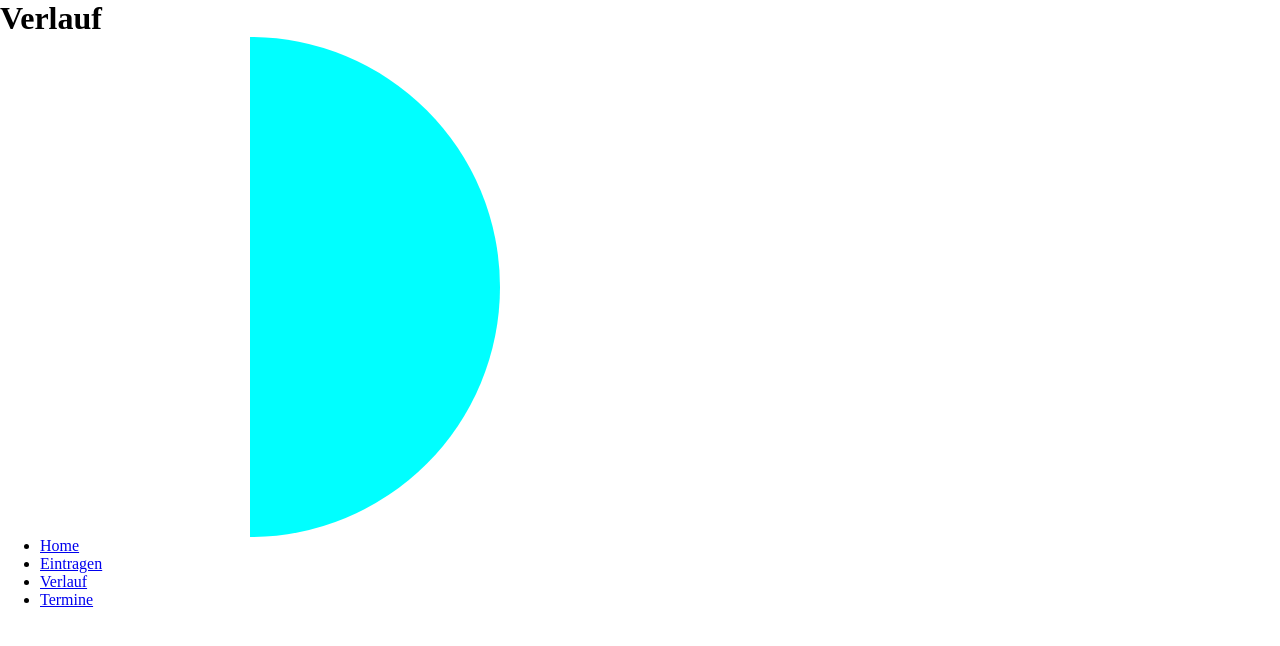
Repository: jakemoes/Pet-Tracker
Page: PWA/trend.html
An editor plug-in stored every save of this project. The page is shown before and after a run of saves, followed by the edit.
The browser window is 1280 px wide. The pictures show the whole page.

Above is the page before, as saved 2024-12-05 01:01:31.

### PWA/trend.html
<!DOCTYPE html>
<html>
    <head>
        <meta charset="UTF-8">
        <meta name="viewport" content="width=device-width, initial-scale=1.0">
        <title>Verlauf</title>
        <link rel="stylesheet" href="trend.css">
    </head>

    </head>

    <body>
        <h1>Verlauf</h1>

        <div class="container">
            <div class="layer"></div>
            <div class="layer"></div>
            <div class="layer"></div>
            <div class="layer"></div>
        </div>


        <footer>
            <nav>
                <ul class="nav-bar">
                    <li><a href="welcome.html">Home</a></li>
                    <li><a href="#">Eintragen</a></li>
                    <li><a href="trend.html">Verlauf</a></li>
                    <li><a href="appointment.html">Termine</a></li>
                </ul>
            </nav>
        </footer>
    </body>




</html>

### PWA/trend.css
*{
    margin: 0;

}


.container {
    position: relative;
    width: 500px;
    height: 500px;
    background-color: transparent;
    border-radius: 50%;
    overflow: hidden;
}

.layer {
    position: absolute;
    width: 100%;
    height: 100%;
    transform-origin: 0px 250px;
    left: 0;
    top: 0;
    overflow: hidden;
}

.layer::before {
    content: "";
    width: 100%;
    height: 100%;
    position: absolute;
    background-color: transparent;
    transform-origin: 0px 250px;
    top: 0;
    left: 0;
}
 .layer:nth-child(1) {
    background-color: aqua;
    transform: translateX(250px) rotate(0deg);
 }

After the next 3 saves:
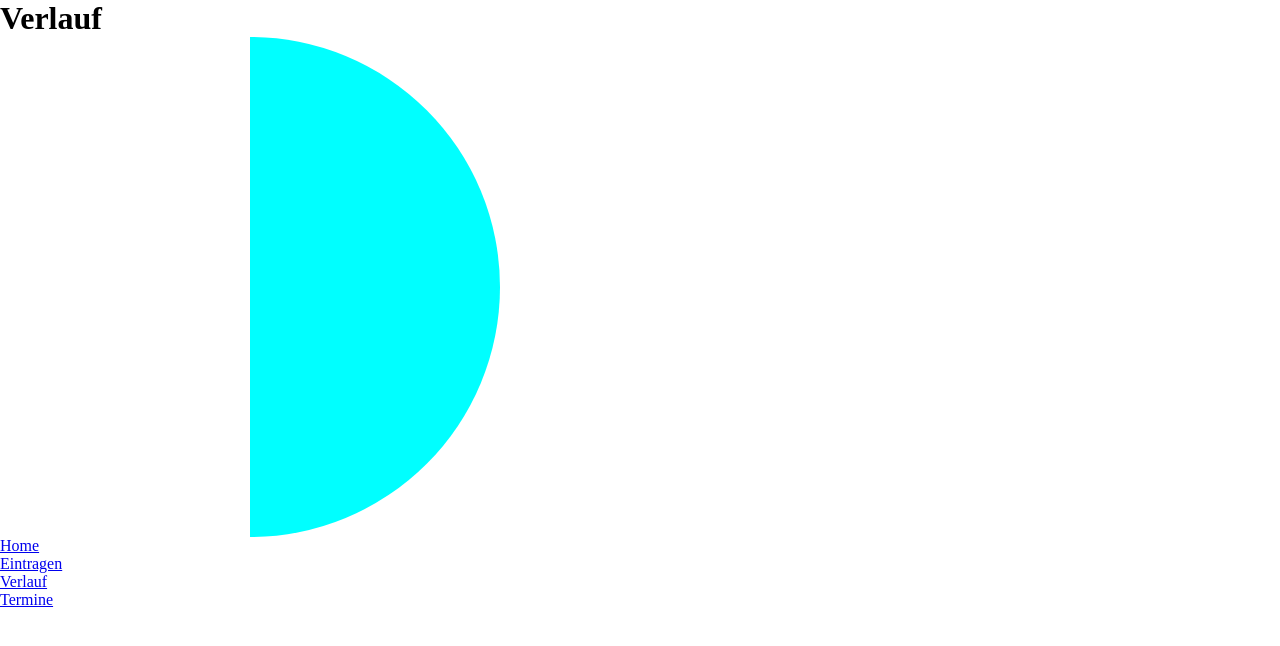
The 3 saves are shown as one change because they came seconds apart.
The last was saved 7 s later.
--- a/PWA/trend.css
+++ b/PWA/trend.css
@@ -1,7 +1,9 @@
 *{
     margin: 0;
+    padding: 0;
+}
 
-}
+
 
 
 .container {
